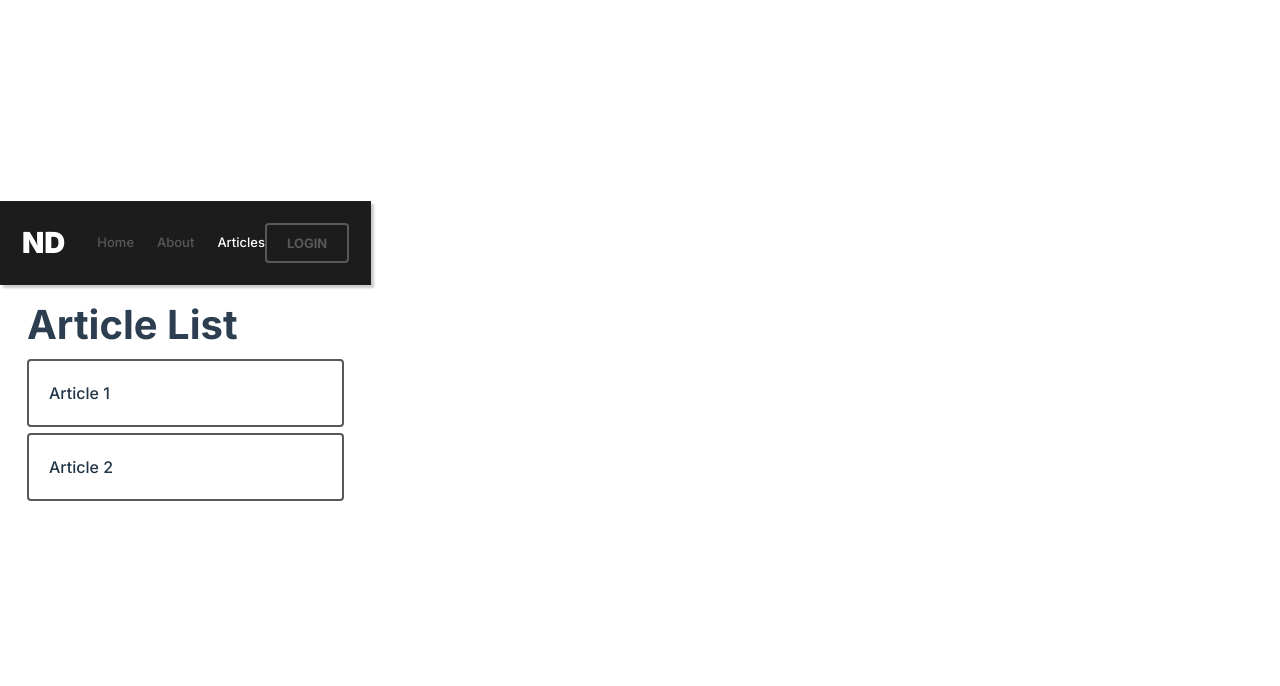
Repository: neomdavid/advancedwebprogramming
Page: /articles
An editor plug-in stored every save of this project. The page is shown before and after the next save, followed by the edit.
The browser window is 1280 px wide. The pictures show the whole page.
The project was rebuilt for these pictures with package versions that can differ from the ones it lists, and the page was loaded fresh each time. Also part of the build but not shown: vite.config.js, src/styles/AboutPage.css, src/pages/AboutPAge.jsx, src/pages/ArticlePage.jsx, src/styles/HomePage.css, src/pages/HomePage.jsx.

Above is the page before, as saved 2025-04-08 09:46:27.

After the next save:
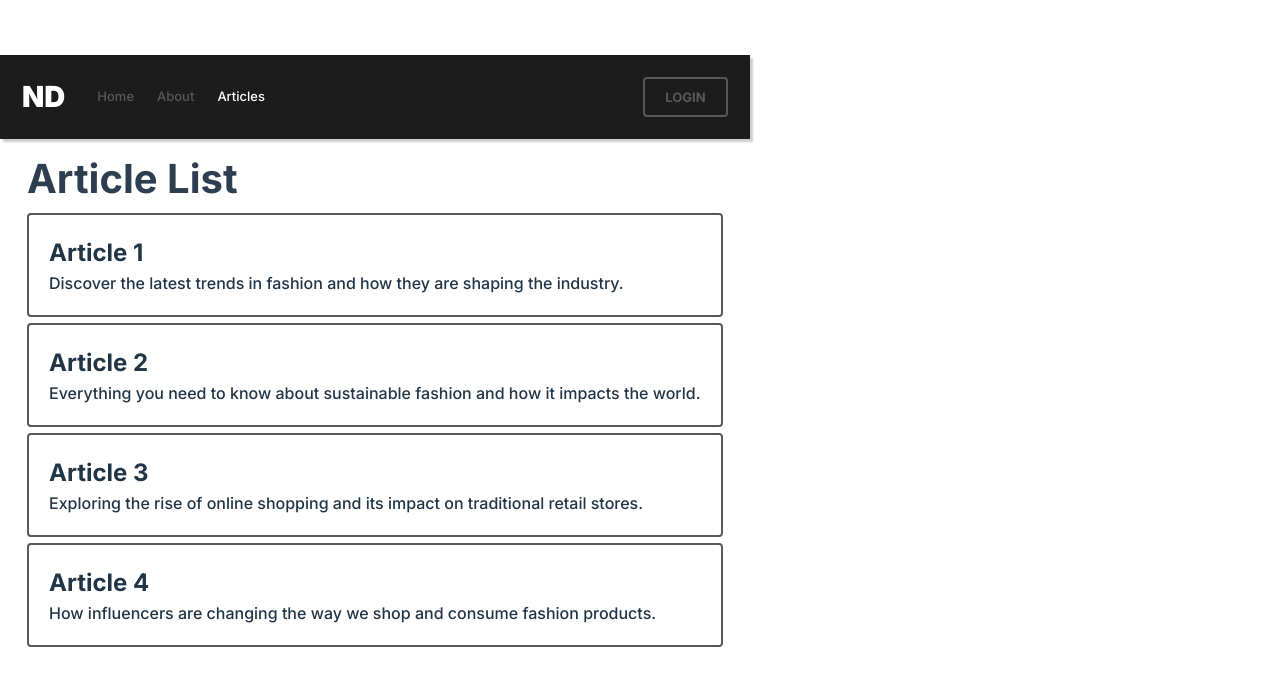
Saved 6 min 56 s later.
--- a/src/pages/ArticleList.jsx
+++ b/src/pages/ArticleList.jsx
@@ -1,12 +1,39 @@
 import { Link } from "react-router-dom";
 import "../styles/ArticleList.css";
+
 const ArticleList = () => {
   return (
-    <main className="">
+    <main className="article-container">
       <h1 className="heading">Article List</h1>
-      <section>
-        <Link>Article 1</Link>
-        <Link>Article 2</Link>
+      <section className="article-grid">
+        <Link to="/article/1" className="article-item">
+          <h2>Article 1</h2>
+          <p>
+            Discover the latest trends in fashion and how they are shaping the
+            industry.
+          </p>
+        </Link>
+        <Link to="/article/2" className="article-item">
+          <h2>Article 2</h2>
+          <p>
+            Everything you need to know about sustainable fashion and how it
+            impacts the world.
+          </p>
+        </Link>
+        <Link to="/article/3" className="article-item">
+          <h2>Article 3</h2>
+          <p>
+            Exploring the rise of online shopping and its impact on traditional
+            retail stores.
+          </p>
+        </Link>
+        <Link to="/article/4" className="article-item">
+          <h2>Article 4</h2>
+          <p>
+            How influencers are changing the way we shop and consume fashion
+            products.
+          </p>
+        </Link>
       </section>
     </main>
   );
